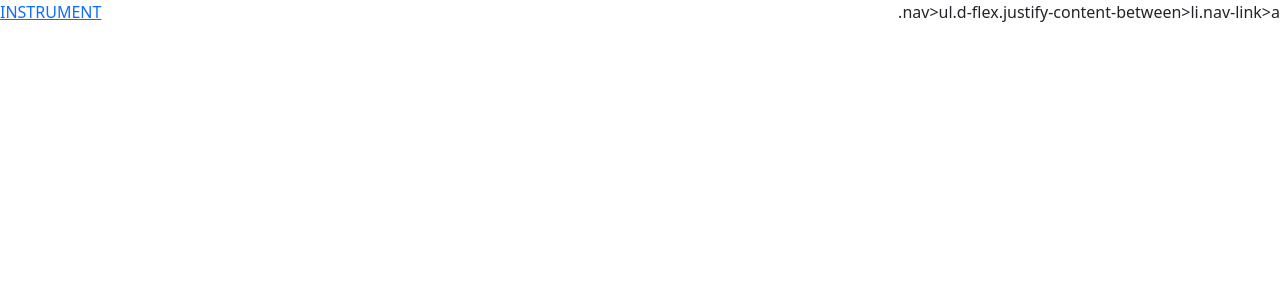
Repository: MazenAhmed0/INST_WebApp
Page: index.html
An editor plug-in stored every save of this project. The page is shown before and after a run of saves, followed by the edit.
The browser window is 1280 px wide. The pictures show the whole page.

Above is the page before, as saved 2024-12-30 17:33:32.

After the next 2 saves:
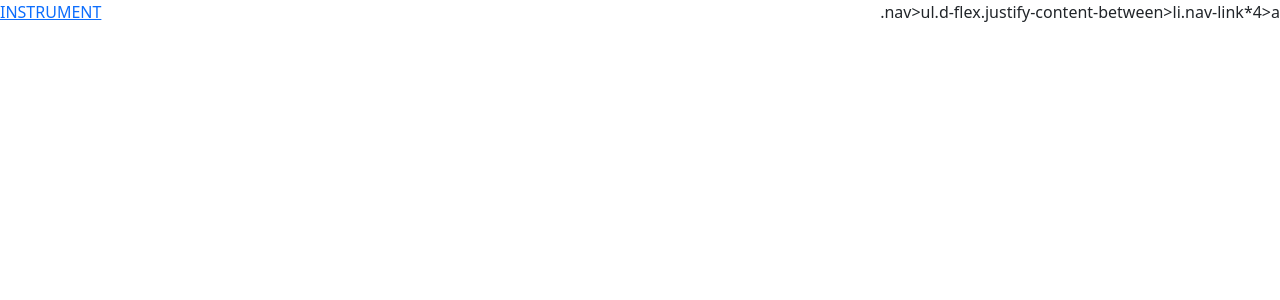
The 2 saves are shown as one change because they came seconds apart.
The last was saved 8 s later.
--- a/index.html
+++ b/index.html
@@ -12,7 +12,7 @@
         <div class="navbar-brand">
             <a href="">INSTRUMENT</a>
         </div>
-        .nav>ul.d-flex.justify-content-between>li.nav-link>a
+        .nav>ul.d-flex.justify-content-between>li.nav-link*4>a
     </nav>
 </body>
 </html>
